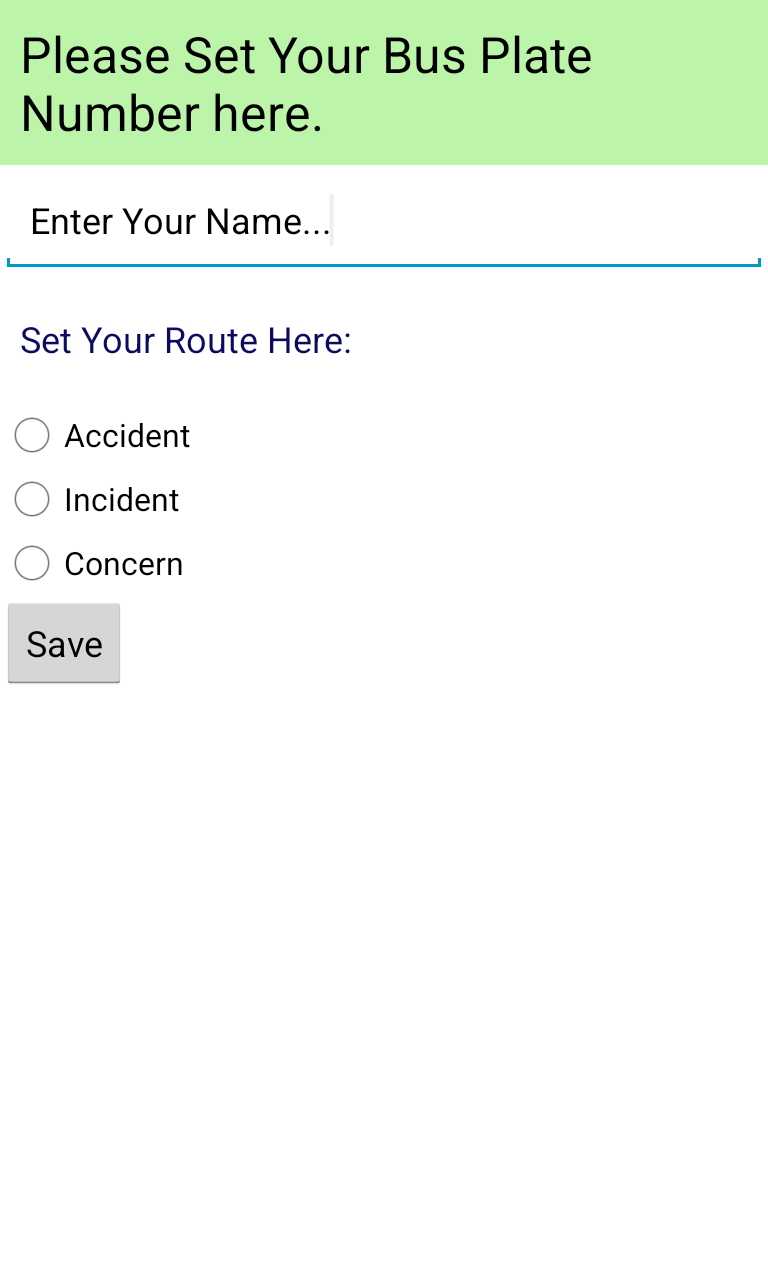
Repository: patheon17/myrepo2
Layout: workspace/UMBusTracker/res/layout/activity_set_plate_num.xml
These files come from the project's save history. The layout is drawn as it stood at one moment and after the next save; the edit follows.
It is drawn on a 768 x 1280 px phone screen (xhdpi) without system bars, with theme AppTheme; the app's code is not run.

Above is the layout before, as saved 2013-10-01 09:51:05.

### workspace/UMBusTracker/res/layout/activity_set_plate_num.xml
<LinearLayout xmlns:android="http://schemas.android.com/apk/res/android"
    xmlns:tools="http://schemas.android.com/tools"
    android:layout_width="match_parent"
    android:layout_height="match_parent"
    android:orientation="vertical"
    tools:context=".MainActivity" >

    <TextView
        android:id="@+id/textView1"
        android:layout_width="wrap_content"
        android:layout_height="wrap_content"
        android:background="@color/appbackground"
        android:padding="10sp"
        android:text="Please Set Your Bus Plate Number here."
        android:textAppearance="?android:attr/textAppearanceLarge"
        android:textSize="25sp" />

    <EditText
        android:id="@+id/editText1"
        android:layout_width="match_parent"
        android:layout_height="wrap_content"
        android:ems="10"
        android:text="Enter Your Name..."
        android:padding="15sp" >

        <requestFocus />
    </EditText>

    <TextView
        android:id="@+id/textView2"
        android:layout_width="wrap_content"
        android:layout_height="wrap_content"
         android:layout_marginTop="20sp"
          android:layout_marginBottom="20sp"
           android:layout_marginLeft="10sp"
        android:text="Set Your Route Here:"
        android:textAppearance="?android:attr/textAppearanceMedium"
        android:textColor="#0B0B61" />

    <RadioGroup
        android:layout_width="fill_parent"
        android:layout_height="wrap_content" >

        <RadioButton
            android:id="@+id/radioButtonaccident"
            android:layout_width="wrap_content"
            android:layout_height="wrap_content"
            android:text="Accident" />

        <RadioButton
            android:id="@+id/radioButtonincident"
            android:layout_width="wrap_content"
            android:layout_height="wrap_content"
            android:text="Incident" />

        <RadioButton
            android:id="@+id/radioButtonconcern"
            android:layout_width="wrap_content"
            android:layout_height="wrap_content"
            android:text="Concern" />
    </RadioGroup>

    <Button
        android:id="@+id/button1"
        android:layout_width="wrap_content"
        android:layout_height="wrap_content"
        android:text="Save" />

</LinearLayout>

### workspace/UMBusTracker/res/values/styles.xml
<resources>

    <!--
        Base application theme, dependent on API level. This theme is replaced
        by AppBaseTheme from res/values-vXX/styles.xml on newer devices.
    -->
    <style name="AppBaseTheme" parent="android:Theme.Light">
        <!--
            Theme customizations available in newer API levels can go in
            res/values-vXX/styles.xml, while customizations related to
            backward-compatibility can go here.
        -->
    </style>

    <!-- Application theme. -->
    <style name="AppTheme" parent="AppBaseTheme">
        <!-- All customizations that are NOT specific to a particular API-level can go here. -->
    </style>
    <color name="appbackground">#BCF5A9</color>

</resources>

Loaded but not shown: workspace/UMBusTracker/res/values-v11/styles.xml (common file); workspace/UMBusTracker/res/values-v14/styles.xml (common file)

After the next save:
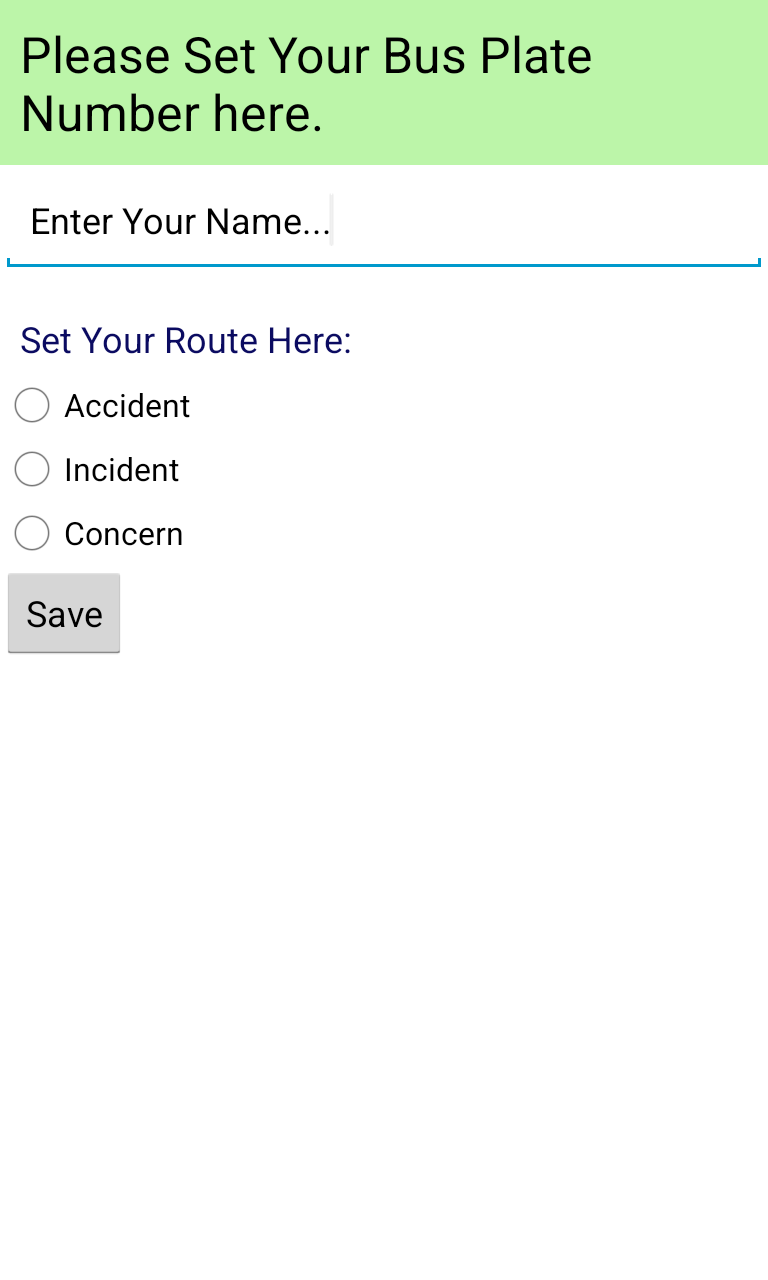
Saved 13 s later.
--- a/workspace/UMBusTracker/res/layout/activity_set_plate_num.xml
+++ b/workspace/UMBusTracker/res/layout/activity_set_plate_num.xml
@@ -31,7 +31,7 @@
         android:layout_width="wrap_content"
         android:layout_height="wrap_content"
          android:layout_marginTop="20sp"
-          android:layout_marginBottom="20sp"
+          android:layout_marginBottom="5sp"
            android:layout_marginLeft="10sp"
         android:text="Set Your Route Here:"
         android:textAppearance="?android:attr/textAppearanceMedium"
